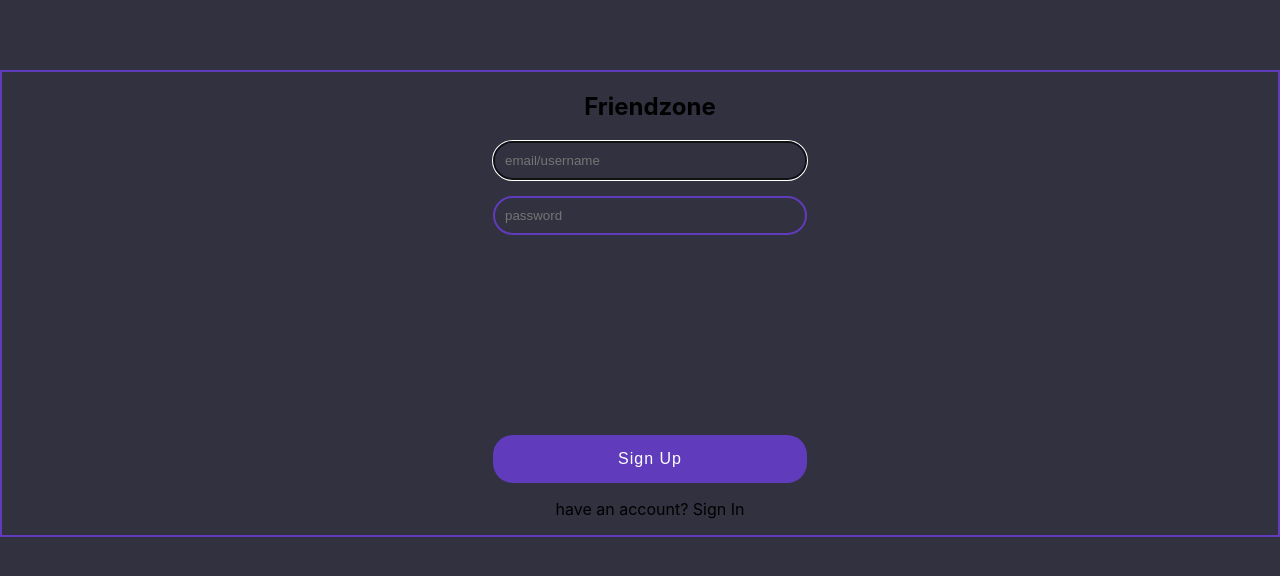
Repository: DerickT02/friend-zone
Page: /
The author's editor kept a copy of each file at every save. The page is drawn from the files as they stood at one save, then again after the next save.
The browser window is 1280 px wide. The pictures show the whole page.
The project was rebuilt for these pictures with package versions that can differ from the ones it lists, and the page was loaded fresh each time. Also part of the build but not shown: src/Appreducer.js, src/GlobalState.js, src/Post.js, src/Homepage.js, src/fire.js.

Above is the page before, as saved 2021-07-07 07:53:18.

After the next save:
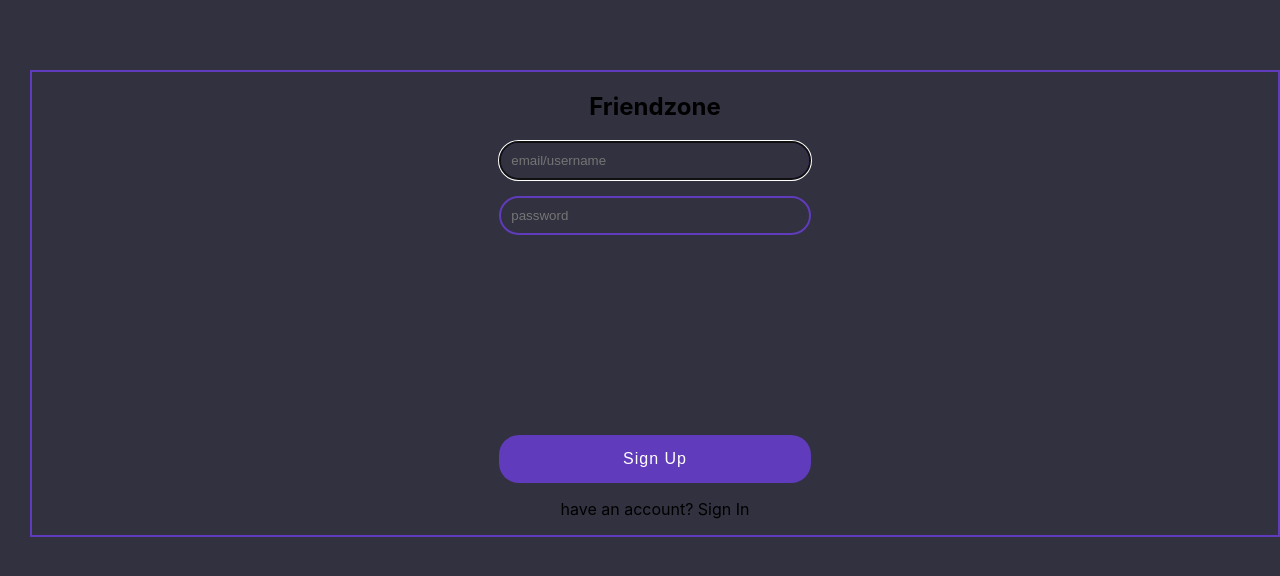
Saved 13 s later.
--- a/src/Login.css
+++ b/src/Login.css
@@ -5,7 +5,7 @@
 
 .login .loginContainer {
   margin-top: 70px;
-  padding-left: 20px;
+  margin-left: 30px;
   border: 2px solid #603bbb;
 }
 
